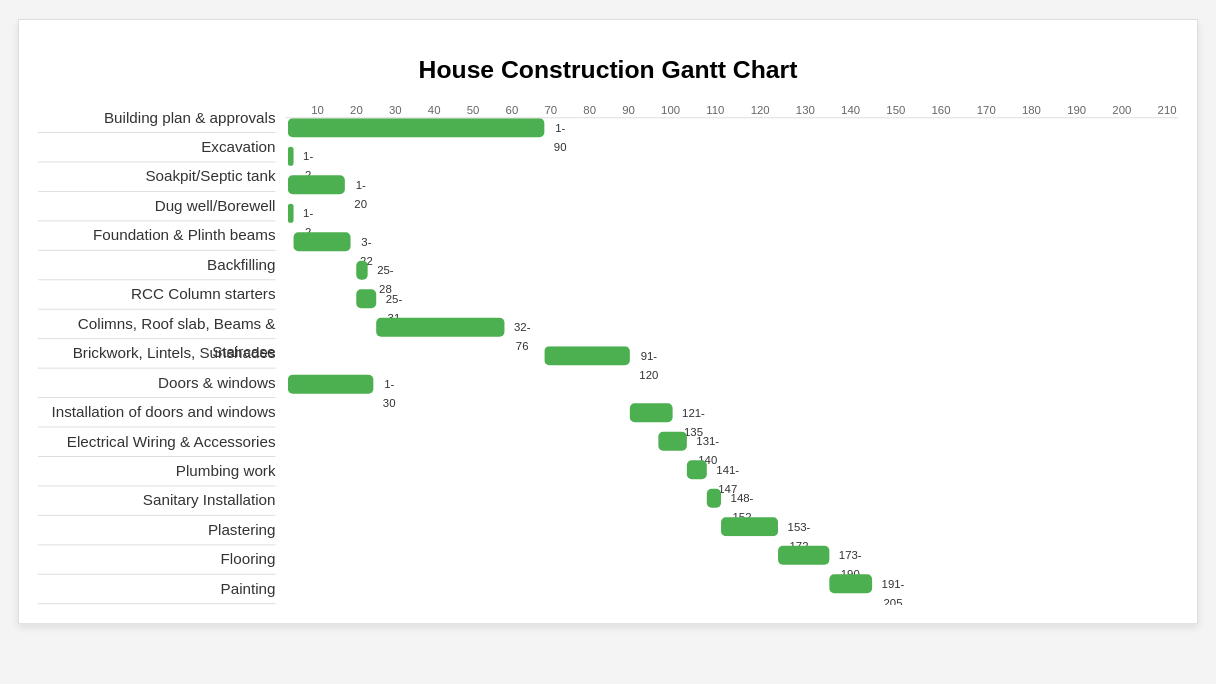
Repository: Madhava-IT-Solutions/yaminikollumittasks
Page: CONSTRUCTION DURATION/DURATION/duaration.html
These files come from the project's save history. The page is drawn as it stood at one moment and after a run of saves; the edit follows.
The browser window is 1280 px wide. The pictures show the whole page, at 95% of full size.

Above is the page before, as saved 2024-12-22 16:13:32.

### CONSTRUCTION DURATION/DURATION/duaration.html
<!DOCTYPE html>
<html lang="en">
<head>
    <meta charset="UTF-8">
    <meta name="viewport" content="width=device-width, initial-scale=1.0">
    <title>House Construction Gantt Chart</title>
    <link rel="stylesheet" href="duration.css">
</head>
<body>
    <div class="container">
        <h1>House Construction Gantt Chart</h1>
        <div class="chart-wrapper">
            <div class="y-axis">
                <div class="y-axis-labels"></div>
            </div>
            <div class="x-axis">
                <div class="x-axis-labels"></div>
                <div id="gantt-chart"></div>
            </div>
        </div>
    </div>
    <script src="duration.js"></script>
</body>
</html>

### CONSTRUCTION DURATION/DURATION/duration.css
body {
    font-family: Arial, sans-serif;
    margin: 0;
    padding: 0;
    background-color: #f4f4f4;
}

.container {
    width: 95%;
    max-width: 1200px;
    margin: 20px auto;
    background-color: #fff;
    border: 1px solid #ddd;
    padding: 20px;
    box-shadow: 0 4px 8px rgba(0, 0, 0, 0.1);
}

h1 {
    text-align: center;
    margin-bottom: 20px;
    font-size: 26px;
}

.chart-wrapper {
    display: flex;
    position: relative;
}

.y-axis {
    width: 250px;
    text-align: right;
    padding-right: 10px;
}

.y-axis-labels div {
    height: 30px;
    line-height: 30px;
    border-bottom: 1px solid #ddd;
    color: #333;
}

.x-axis {
    flex: 1;
    overflow-x: auto;
    position: relative;
}

.x-axis-labels {
    display: flex;
    position: sticky;
    top: 0;
    background: #fff;
    border-bottom: 1px solid #ddd;
}

.x-axis-labels div {
    width: 30px;
    text-align: center;
    font-size: 12px;
    color: #666;
}

#gantt-chart {
    position: relative;
}

.gantt-row {
    display: flex;
    align-items: center;
    position: relative;
}

.gantt-bar {
    position: absolute;
    height: 20px;
    background-color: #4caf50;
    border-radius: 5px;
    text-align: center;
    color: white;
    line-height: 20px;
}

.gantt-date {
    position: absolute;
    left: calc(100% + 10px);
    font-size: 12px;
    color: #333;
}

.axis-label {
    text-align: center;
    font-weight: bold;
    margin: 10px 0;
}

.y-axis-title {
    position: absolute;
    left: 50px;
    top: 50%;
    transform: rotate(-90deg);
    transform-origin: left center;
    font-size: 16px;
}

.x-axis-title {
    margin-top: 20px;
    font-size: 16px;
}

### CONSTRUCTION DURATION/DURATION/duration.js
const tasks = [
    { name: "Building plan & approvals", start: 1, end: 90 },
    { name: "Excavation", start: 1, end: 2 },
    { name: "Soakpit/Septic tank", start: 1, end: 20 },
    { name: "Dug well/Borewell", start: 1, end: 2 },
    { name: "Foundation & Plinth beams", start: 3, end: 22 },
    { name: "Backfilling", start: 25, end: 28 },
    { name: "RCC Column starters", start: 25, end: 31 },
    { name: "Colimns, Roof slab, Beams & Staircase", start: 32, end: 76 },
    { name: "Brickwork, Lintels, Sunshades", start: 91, end: 120 },
    { name: "Doors & windows", start: 1, end: 30 },
    { name: "Installation of doors and windows", start: 121, end: 135 },
    { name: "Electrical Wiring & Accessories", start: 131, end: 140 },
    { name: "Plumbing work", start: 141, end: 147 },
    { name: "Sanitary Installation", start: 148, end: 152 },
    { name: "Plastering", start: 153, end: 172 },
    { name: "Flooring", start: 173, end: 190 },
    { name: "Painting", start: 191, end: 205 }
];

// Generate Y-axis labels
function renderYAxis() {
    const yAxisLabels = document.querySelector('.y-axis-labels');
    tasks.forEach(task => {
        const label = document.createElement('div');
        label.textContent = task.name;
        yAxisLabels.appendChild(label);
    });
}

// Generate X-axis labels (Days)
function renderXAxis() {
    const xAxisLabels = document.querySelector('.x-axis-labels');
    for (let day = 1; day <= 210; day++) {
        const dayLabel = document.createElement('div');
        dayLabel.textContent = day % 10 === 0 ? day : '';
        xAxisLabels.appendChild(dayLabel);
    }
}

// Render Gantt bars and dates
function renderGanttChart() {
    const ganttChart = document.getElementById("gantt-chart");

    tasks.forEach((task, index) => {
        const row = document.createElement("div");
        row.classList.add("gantt-row");

        const bar = document.createElement("div");
        bar.classList.add("gantt-bar");
        const startPosition = task.start * 3;
        const barWidth = (task.end - task.start + 1) * 3;
        bar.style.left = `${startPosition}px`;
        bar.style.width = `${barWidth}px`;
        bar.style.top = `${index * 30}px`;

        const dateLabel = document.createElement("div");
        dateLabel.classList.add("gantt-date");
        dateLabel.textContent = `${task.start}-${task.end}`;
        bar.appendChild(dateLabel);

        ganttChart.appendChild(bar);
    });
}

document.addEventListener("DOMContentLoaded", () => {
    renderYAxis();
    renderXAxis();
    renderGanttChart();
});

After the next 2 saves:
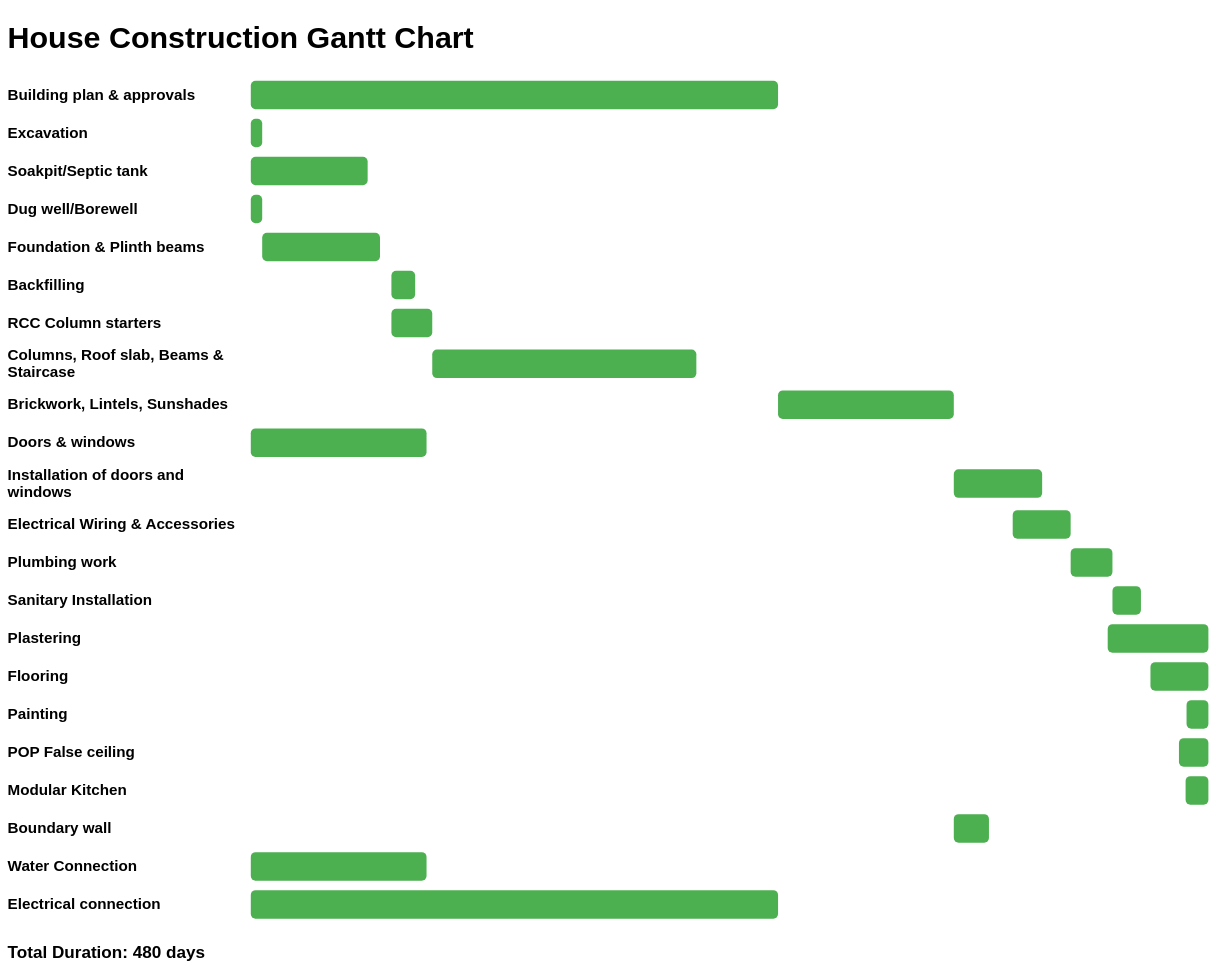
The 2 saves are shown as one change because they came seconds apart.
The last was saved 21 s later.
--- a/CONSTRUCTION DURATION/DURATION/duaration.html
+++ b/CONSTRUCTION DURATION/DURATION/duaration.html
@@ -4,21 +4,105 @@
     <meta charset="UTF-8">
     <meta name="viewport" content="width=device-width, initial-scale=1.0">
     <title>House Construction Gantt Chart</title>
-    <link rel="stylesheet" href="duration.css">
+    <style>
+        body {
+            font-family: Arial, sans-serif;
+        }
+        .gantt-chart {
+            display: flex;
+            flex-direction: column;
+            width: 100%;
+            margin: 20px 0;
+        }
+        .task {
+            display: flex;
+            align-items: center;
+            margin: 5px 0;
+            cursor: pointer;
+        }
+        .task-name {
+            width: 250px;
+            font-weight: bold;
+        }
+        .bar {
+            height: 30px;
+            background-color: #4caf50;
+            margin-left: 10px;
+            border-radius: 5px;
+            transition: background-color 0.3s ease;
+        }
+        .bar:hover {
+            background-color: #45a049;
+        }
+        .total-duration {
+            margin-top: 20px;
+            font-size: 18px;
+            font-weight: bold;
+        }
+    </style>
 </head>
 <body>
-    <div class="container">
-        <h1>House Construction Gantt Chart</h1>
-        <div class="chart-wrapper">
-            <div class="y-axis">
-                <div class="y-axis-labels"></div>
-            </div>
-            <div class="x-axis">
-                <div class="x-axis-labels"></div>
-                <div id="gantt-chart"></div>
-            </div>
-        </div>
-    </div>
-    <script src="duration.js"></script>
+    <h1>House Construction Gantt Chart</h1>
+    <div class="gantt-chart" id="gantt"></div>
+    <div class="total-duration" id="totalDuration"></div>
+
+    <script>
+        const tasks = [
+            { name: 'Building plan & approvals', start: 1, duration: 90 },
+            { name: 'Excavation', start: 1, duration: 2 },
+            { name: 'Soakpit/Septic tank', start: 1, duration: 20 },
+            { name: 'Dug well/Borewell', start: 1, duration: 2 },
+            { name: 'Foundation & Plinth beams', start: 3, duration: 20 },
+            { name: 'Backfilling', start: 25, duration: 4 },
+            { name: 'RCC Column starters', start: 25, duration: 7 },
+            { name: 'Columns, Roof slab, Beams & Staircase', start: 32, duration: 45 },
+            { name: 'Brickwork, Lintels, Sunshades', start: 91, duration: 30 },
+            { name: 'Doors & windows', start: 1, duration: 30 },
+            { name: 'Installation of doors and windows', start: 121, duration: 15 },
+            { name: 'Electrical Wiring & Accessories', start: 131, duration: 10 },
+            { name: 'Plumbing work', start: 141, duration: 7 },
+            { name: 'Sanitary Installation', start: 148, duration: 5 },
+            { name: 'Plastering', start: 153, duration: 20 },
+            { name: 'Flooring', start: 173, duration: 18 },
+            { name: 'Painting', start: 191, duration: 15 },
+            { name: 'POP False ceiling', start: 171, duration: 7 },
+            { name: 'Modular Kitchen', start: 179, duration: 7 },
+            { name: 'Boundary wall', start: 121, duration: 6 },
+            { name: 'Water Connection', start: 1, duration: 30 },
+            { name: 'Electrical connection', start: 1, duration: 90 }
+        ];
+
+        const chartContainer = document.getElementById('gantt');
+        const totalDurationElement = document.getElementById('totalDuration');
+        const maxDays = 205;
+        let totalDays = 0;
+
+        tasks.forEach(task => {
+            const taskElement = document.createElement('div');
+            taskElement.classList.add('task');
+
+            const taskName = document.createElement('div');
+            taskName.classList.add('task-name');
+            taskName.textContent = task.name;
+
+            const bar = document.createElement('div');
+            bar.classList.add('bar');
+            bar.style.width = `${(task.duration / maxDays) * 100}%`;
+            bar.style.marginLeft = `${(task.start / maxDays) * 100}%`;
+            bar.dataset.duration = task.duration;
+
+            bar.addEventListener('click', () => {
+                alert(`${task.name} - Duration: ${task.duration} days`);
+            });
+
+            taskElement.appendChild(taskName);
+            taskElement.appendChild(bar);
+            chartContainer.appendChild(taskElement);
+
+            totalDays += task.duration;
+        });
+
+        totalDurationElement.textContent = `Total Duration: ${totalDays} days`;
+    </script>
 </body>
 </html>
